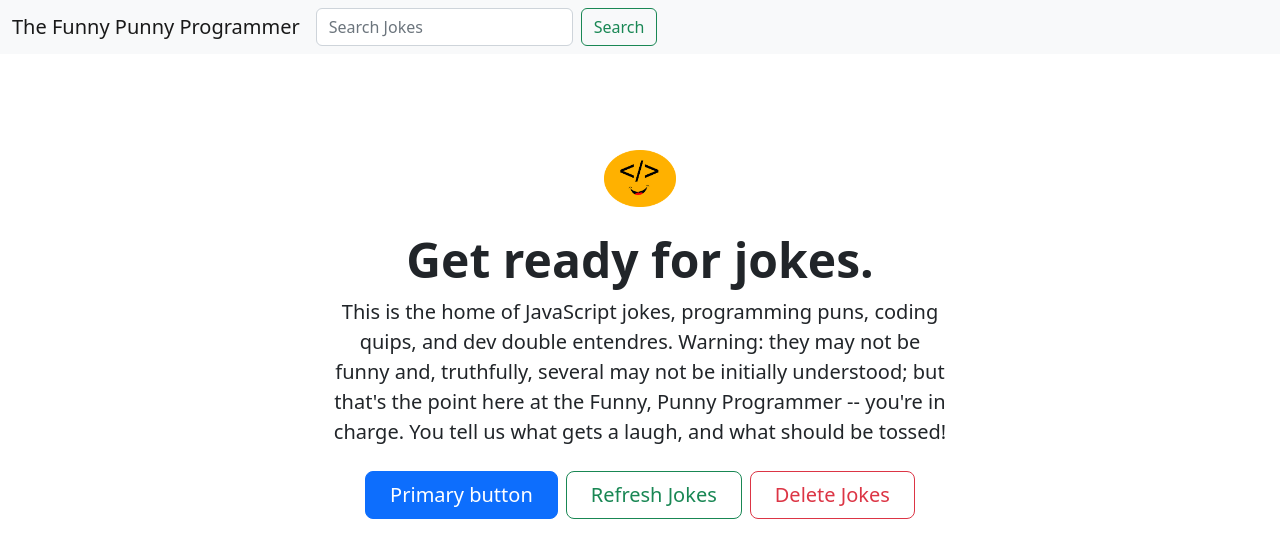
Repository: annferracane/phase-1-personal-project
Page: index.html
These files come from the project's save history. The page is drawn as it stood at one moment and after the next save; the edit follows.
The browser window is 1280 px wide. The pictures show the whole page.
The page's requests for data from a server got no answer.

Above is the page before, as saved 2022-12-08 12:50:18.

### index.html

<!DOCTYPE html>
<html lang="en">
    <head>
        <meta charset="utf-8">
        <meta name="viewport" content="width=device-width, initial-scale=1">
        <link href="https://cdn.jsdelivr.net/npm/bootstrap@5.2.2/dist/css/bootstrap.min.css" rel="stylesheet" integrity="sha384-Zenh87qX5JnK2Jl0vWa8Ck2rdkQ2Bzep5IDxbcnCeuOxjzrPF/et3URy9Bv1WTRi" crossorigin="anonymous">
        <link rel="stylesheet" href="./style.css" />
        <script defer src="./src/index.js"></script>
        <title>The Funny Punny Programmer</title>
    </head>
    <body>
        <nav class="navbar navbar-expand-lg bg-light">
            <div class="container-fluid">
              <a class="navbar-brand mb-0 h1" href="#">The Funny Punny Programmer</a>
              <button class="navbar-toggler" type="button" data-bs-toggle="collapse" data-bs-target="#navbarSupportedContent" aria-controls="navbarSupportedContent" aria-expanded="false" aria-label="Toggle navigation">
                <span class="navbar-toggler-icon"></span>
              </button>
              <div class="collapse navbar-collapse" id="navbarSupportedContent">
                <form class="d-flex" role="search">
                  <input id="joke-search" class="form-control me-2" type="search" placeholder="Search Jokes" aria-label="Search">
                  <button class="btn btn-outline-success" type="submit">Search</button>
                </form>
              </div>
            </div>
        </nav>
        <div class="px-4 py-5 my-5 text-center">
            <img class="d-block mx-auto mb-4" src="./images/punny-logo.png" alt="" width="72" height="57">
            <h1 id="hero-header" class="display-5 fw-bold"></h1>
            <div class="col-lg-6 mx-auto">
                <p id="hero-content" class="lead mb-4"></p>
                <div class="d-grid gap-2 d-sm-flex justify-content-sm-center">
                    <button type="button" class="btn btn-primary btn-lg px-4 gap-3">Primary button</button>
                    <button id="refresh-jokes-btn" type="button" class="btn btn-outline-success btn-lg px-4">Refresh Jokes</button>
                    <button id="delete-jokes-btn" type="button" class="btn btn-outline-danger btn-lg px-4 gap-3">Delete Jokes</button>
                </div>
            </div>
        </div>
        <div class="container-sm">
            <div id="joke-cards-div" class="vstack gap-4"></div>
        </div>

    </body>
</html>

### src/index.js
// DOM Global Variables & Event Listeners
const localUrlBase = 'http://localhost:3000/jokes';
const jokeCardsDiv = document.querySelector('#joke-cards-div');
const deleteJokesBtn = document.querySelector('#delete-jokes-btn');
const refreshJokesBtn = document.querySelector('#refresh-jokes-btn');
const searchInput = document.querySelector('#joke-search');

deleteJokesBtn.addEventListener('click', deleteJokesHandler);
refreshJokesBtn.addEventListener('click', refreshJokesHandler);
searchInput.addEventListener('search', e => {searchJokeHandler(e.target.value)});

// DOM Content Updates
document.querySelector('#hero-header').textContent = 'Get ready for jokes.';
document.querySelector('#hero-content').textContent =
`This is the home of JavaScript jokes, programming puns, coding
quips, and dev double entendres. Warning: they may not be funny and,
truthfully, several may not be initially understood; but that's the
point here at the Funny, Punny Programmer -- you're in charge.
You tell us what gets a laugh, and what should be tossed!`;

// Initialize jokes on page
displayJokes();

// Fetch jokes from local db.json and call display function
function displayJokes() {
    jokeCardsDiv.innerHTML = '';
    fetch(localUrlBase)
    .then(resp => resp.json())
    .then(jokeData => createJokeToDisplay(jokeData))
    .catch(error => console.log(`Error with local db: ${error}`));
}

// Construct joke and append to DOM
function createJokeToDisplay(jokeData) {
    // Specify which div on index.html to later append joke div
    const jokeCardsDiv = document.querySelector('#joke-cards-div');

    jokeData.forEach(joke => {
        // Build div that holds joke content and voting button container
        const divJoke = document.createElement('div');
        divJoke.className = 'bg-light border p-3';
        divJoke.id = `joke-${joke.id}`;

        // Build paragraph for joke content
        const jokeParagraph = document.createElement('p');
        jokeParagraph.innerHTML = joke.joke;

        // Build div to hold voting buttons
        const divVoteBtns = document.createElement('div');
        divVoteBtns.className = 'hstack gap-3';

        // Build vote count div
        const voteCountDiv = document.createElement('div');
        voteCountDiv.id = `votecount-${joke.id}`;
        voteCountDiv.textContent = `Votes: ${joke.votes}`

        // Build upvote button
        const upvoteBtn = document.createElement('button');
        upvoteBtn.type = 'button';
        upvoteBtn.id = `upvote-${joke.id}`;
        upvoteBtn.className = 'btn btn-outline-primary';
        upvoteBtn.textContent = 'upvote ↑';
        upvoteBtn.addEventListener('click', e => upvoteHandler(e));

        // Build downvote button
        const downvoteBtn = document.createElement('button');
        downvoteBtn.type = 'button';
        downvoteBtn.id = `downvote-${joke.id}`;
        downvoteBtn.className = 'btn btn-outline-danger';
        downvoteBtn.textContent = 'downvote ↓';
        downvoteBtn.addEventListener('click', e => downvoteHandler(e));

        // Build button dividers
        const divBtnDivider = document.createElement('div');
        divBtnDivider.className = 'vr';

        // Append voting buttons and divider div to div for voting buttons
        divVoteBtns.appendChild(upvoteBtn);
        divVoteBtns.appendChild(divBtnDivider);
        divVoteBtns.appendChild(downvoteBtn)
        divVoteBtns.appendChild(voteCountDiv);

        // Append joke paragraph and div for voting buttons to joke div
        divJoke.appendChild(jokeParagraph);
        divJoke.appendChild(divVoteBtns);

        // Append joke div to joke div container
        jokeCardsDiv.appendChild(divJoke);
    })

}

function deleteJokesHandler() {
    // Delete jokes from local db and dom, fetch new jokes, display jokes
    jokeCardsDiv.innerHTML = '';
    fetch(localUrlBase)
    .then(resp => resp.json())
    .then(jokeData => {
        jokeData.forEach(joke => {
            // Build fetch url for delete
            const fetchURL = `${localUrlBase}/${joke.id}`;
            // Delete from db.json
            fetch(fetchURL, {
                method: 'DELETE',
                headers: {
                    'Content-Type': 'application/json'
                }
            })
            .then(resp => resp.json())
            .catch(error => console.log(`Error with delete fetch: ${error}`));
        })
    })
    .catch(error => console.log(`Error with local db in refresh handler: ${error}`));
}

function fetchJokes(postCallback, displayCallback) {
    // Call fetch to Joke API to refresh
    fetch('https://v2.jokeapi.dev/joke/Programming?blacklistFlags=nsfw,religious,political,racist,sexist,explicit&amount=10')
    .then(resp => resp.json())
    .then(jokeAPIData => {
        const newJokesFromAPI = [];
        jokeAPIData.jokes.forEach(jokeAPI => {
            let joke;
            if(jokeAPI.type == 'single') {
                joke = jokeAPI.joke;
            } else if (jokeAPI.type == 'twopart') {
                joke = `<b>Setup:</b> ${jokeAPI.setup}<br><b>Delivery:</b> ${jokeAPI.delivery}`;
            } else {
                console.log('Unable to display joke content.');
            };

            // Build joke object for post to local db.json
            const jokeConfigObj = {
                category: jokeAPI.category,
                type: jokeAPI.type,
                idJokeAPI: jokeAPI.id,
                language: jokeAPI.lang,
                votes: 0,
                joke: joke
            }

            //Add joke to global array
            newJokesFromAPI.push(jokeConfigObj);

        })
        console.log(newJokesFromAPI.length);
        return newJokesFromAPI;
    })
    .then(newJokesFromAPI => postCallback(newJokesFromAPI, displayCallback))
    .catch(error => console.log(`Error in fetchJokes(): ${error}`));
}


function postJokesToDatabase(newJokesFromAPI, displayCallback) {
    // Loop through joke array and post to local db
    newJokesFromAPI.forEach(newJoke => {
        console.log(newJoke);
        fetch(localUrlBase, {
            method: 'POST',
            headers: {
                'Content-Type': 'application/json',
                'Accept': 'application/json'
            },
            body: JSON.stringify(newJoke)
        })
        .catch(error => console.log(`Error in postJokesToDatabase(): ${error}`));
    });

    // Call displayJokes() as a callback
    displayCallback();
}

function refreshJokesHandler() {
    fetchJokes(postJokesToDatabase, displayJokes);
}

function upvoteHandler(e) {
    const jokeID = e.target.id.slice(7);
    const fetchURL = `${localUrlBase}/${jokeID}`;
    const voteDiv = document.querySelector(`#votecount-${jokeID}`);
    const currentVote = parseInt(voteDiv.textContent.slice(7));
    const newVote = currentVote + 1;

    const configObj = {
        votes: newVote
    }
    generalFetch(fetchURL,'PATCH', configObj,'upvoteHandler');
    voteDiv.textContent = `Votes: ${newVote}`;
}

function downvoteHandler(e) {
    const jokeID = e.target.id.slice(9);
    const fetchURL = `${localUrlBase}/${jokeID}`;
    const voteDiv = document.querySelector(`#votecount-${jokeID}`);
    const currentVote = parseInt(voteDiv.textContent.slice(7));
    const newVote = currentVote - 1;

    const configObj = {
        votes: newVote
    }
    generalFetch(fetchURL,'PATCH', configObj,'downvoteHandler');
    voteDiv.textContent = `Votes: ${newVote}`;
}

function generalFetch(url, mthd, configObj, handler) {
    fetch(url, {
        method: mthd,
        headers: {
            'Content-Type': 'application/json',
            'Accept': 'application/json'
        },
        body: JSON.stringify(configObj)
    })
    .catch(error => console.log(`Error in ${handler}(): ${error}`));
}

function searchJokeHandler(e) {
    console.log(e);
    console.log("hello");

}

function searchJokes(jokeData) {
    return jokeData;
}

    //const searchStr = searchInput.value;

    //jokeCardsDiv.innerHTML = '';

    /*
    fetch(localUrlBase)
    .then(resp => resp.json())
    .then(jokeData => searchJokes(jokeData))
    .then(searchedJokeData => createJokeToDisplay(searchedJokeData))
    .catch(error => console.log(`Error with local db: ${error}`));
    */

Loaded but not shown: style.css (no stored copy; drawn as an empty file)

After the next save:
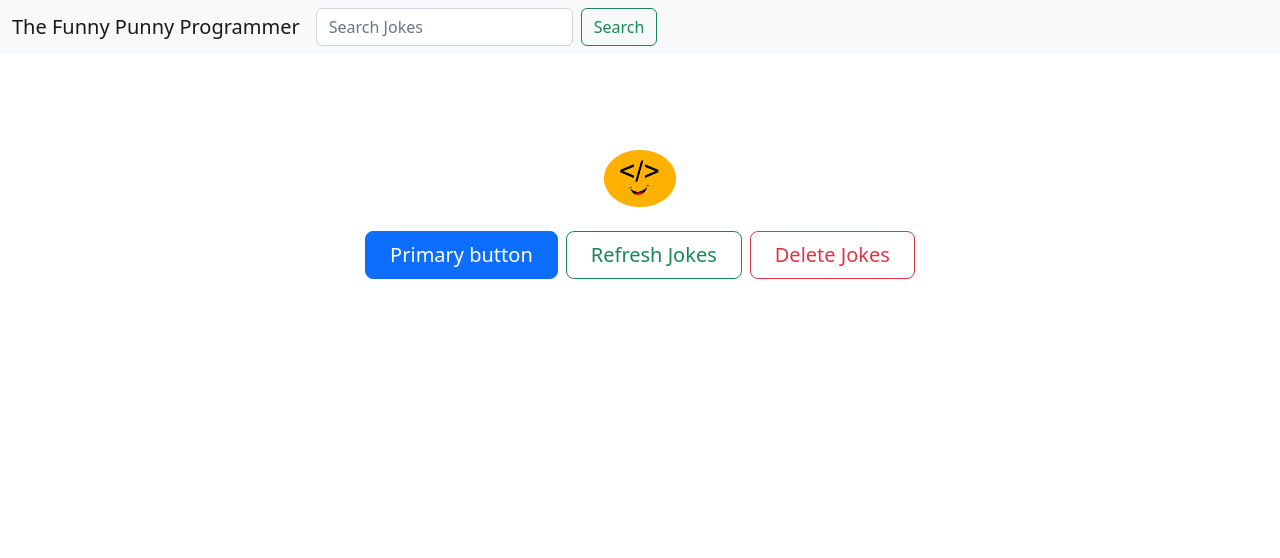
Console error: SyntaxError: missing ) after argument list
Saved 17 s later.
--- a/src/index.js
+++ b/src/index.js
@@ -7,7 +7,7 @@
 
 deleteJokesBtn.addEventListener('click', deleteJokesHandler);
 refreshJokesBtn.addEventListener('click', refreshJokesHandler);
-searchInput.addEventListener('search', e => {searchJokeHandler(e.target.value)});
+searchInput.addEventListener('search', e => searchJokeHandler(e.target.value)});
 
 // DOM Content Updates
 document.querySelector('#hero-header').textContent = 'Get ready for jokes.';

After the save that followed:
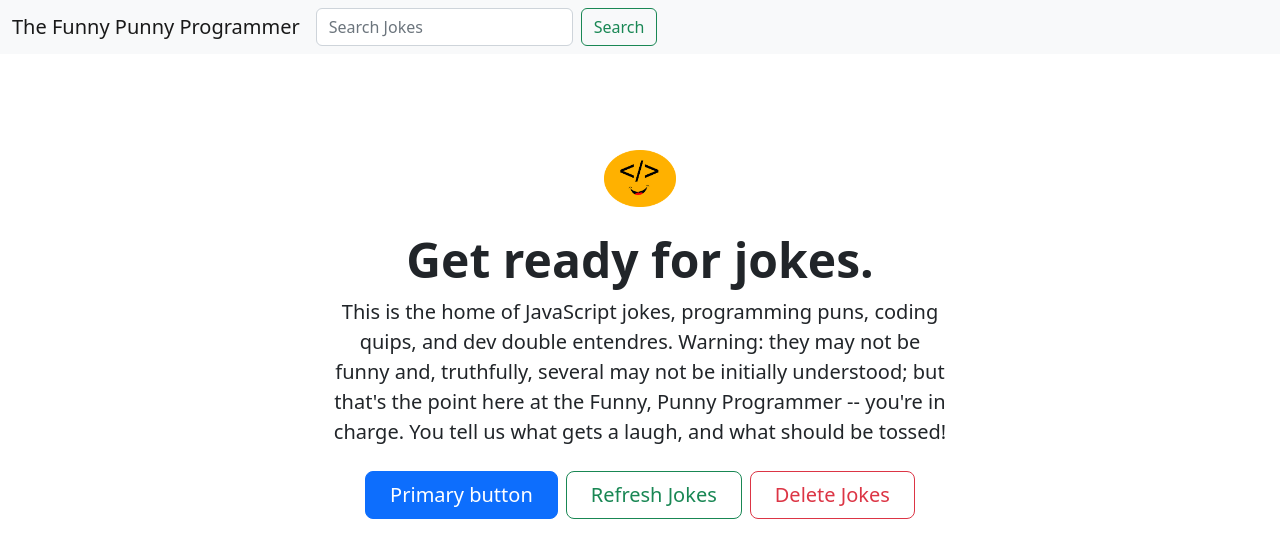
The error is gone.
Saved 4 s later.
--- a/src/index.js
+++ b/src/index.js
@@ -7,7 +7,7 @@
 
 deleteJokesBtn.addEventListener('click', deleteJokesHandler);
 refreshJokesBtn.addEventListener('click', refreshJokesHandler);
-searchInput.addEventListener('search', e => searchJokeHandler(e.target.value)});
+searchInput.addEventListener('search', e => searchJokeHandler(e.target.value));
 
 // DOM Content Updates
 document.querySelector('#hero-header').textContent = 'Get ready for jokes.';
